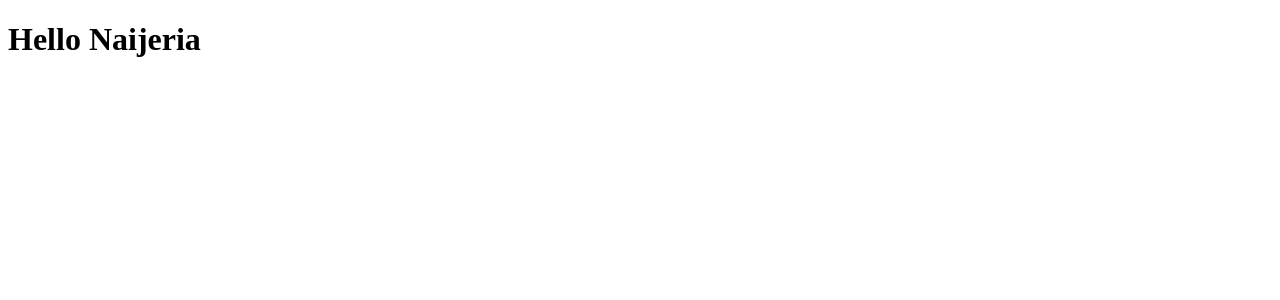
Repository: nashthecoder/vuebasics
Page: control-structures.html
The author's editor kept a copy of each file at every save. The page is drawn from the files as they stood at one save, then again after the next save.
The browser window is 1280 px wide. The pictures show the whole page.

Above is the page before, as saved 2021-01-05 19:54:27.

### control-structures.html

<!DOCTYPE html>
<html lang="en">

<style>
 .active{
   color: green;
 }
 .notActive{
   color: red;
 }
</style>

<div id="app">


  <h1>{{ message }}</h1>


</div>

<script src="https://cdn.jsdelivr.net/npm/vue@2/dist/vue.js"></script>


<script>

  let vm = new Vue({

    el: '#app',
    data: {

      message: 'Hello Naijeria',

    }

  })

</script>

After the next save:
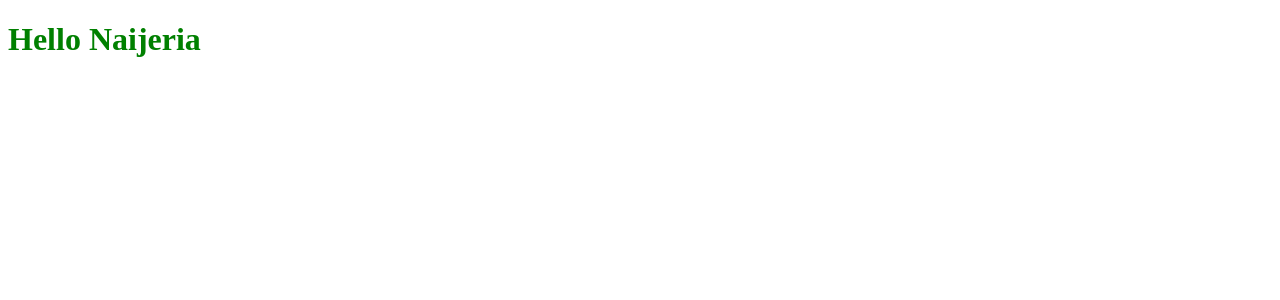
Saved 30 s later.
--- a/control-structures.html
+++ b/control-structures.html
@@ -14,7 +14,7 @@
 <div id="app">
 
 
-  <h1>{{ message }}</h1>
+  <h1 class="active">{{ message }}</h1>
 
 
 </div>
